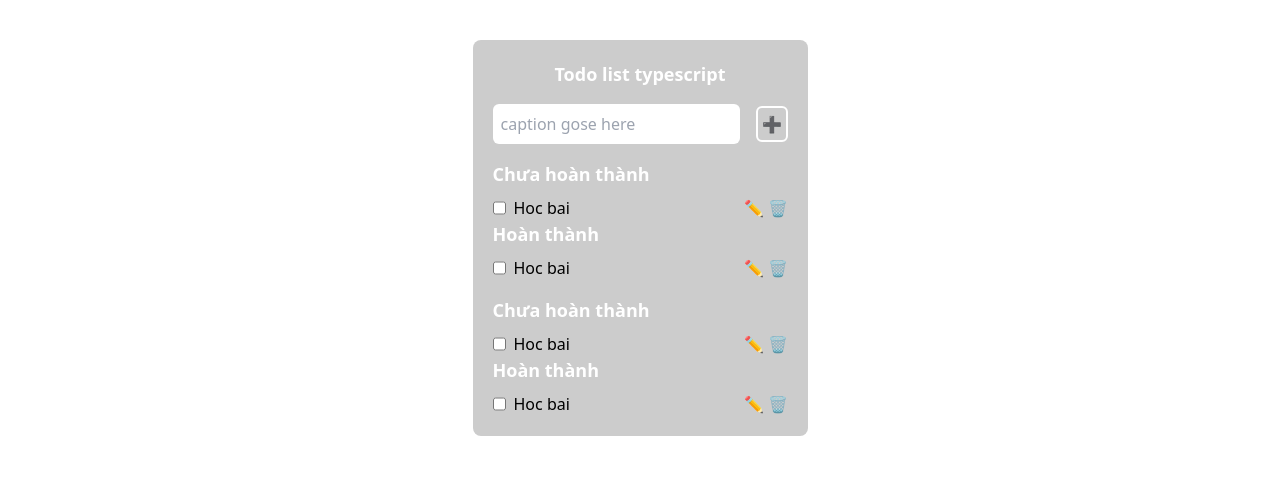
Repository: VIET-TU/react-super-main
Page: / (app in todolist-mybuild/)
An editor plug-in stored every save of this project. The page is shown before and after the next save, followed by the edit.
The browser window is 1280 px wide. The pictures show the whole page.
The project was rebuilt for these pictures with package versions that can differ from the ones it lists, and the page was loaded fresh each time. Also part of the build but not shown: todolist-mybuild/vite.config.ts.

Above is the page before, as saved 2023-05-16 07:06:27.

### todolist-mybuild/src/App.tsx
import TodoList from './components/TodoLists'

function App() {
  return (
    <>
      <TodoList></TodoList>
    </>
  )
}

export default App

### todolist-mybuild/src/index.css
@tailwind base;
@tailwind components;
@tailwind utilities;

css *,
*:before,
*:after {
  box-sizing: border-box;
}
* {
  margin: 0;
  padding: 0;
}

input,
select,
textarea {
  outline: none;
}
button {
  outline: none;
}

### todolist-mybuild/src/components/TodoLists/index.ts
import TodoList from './TodoList'

export default TodoList

### todolist-mybuild/src/components/TodoLists/TodoList.tsx
import { Todo } from '../../@types/todos.types'
import TaskInput from '../TaskInput'
import TaskList from '../TaskList'
import { useEffect, useState } from 'react'

const TodoList = () => {
  const [todos, setTodos] = useState<Todo[]>([])
  const [currentTodo, setCurrentTodo] = useState<Todo | null>(null)
  const doneTodos = todos.filter((todo) => todo.done)
  const notdoneTodos = todos.filter((todo) => !todo.done)

  useEffect(() => {
    const todosString = localStorage.getItem('todos')
    const todosObj: Todo[] = JSON.parse(todosString || '[]')
    setTodos(todosObj)
  }, [])

  const addTodo = (name: string): void => {
    const todo: Todo = {
      name,
      done: false,
      id: new Date().toISOString()
    }
    setTodos((pre) => [...pre, todo])
    const todosString = localStorage.getItem('todos')
    const todosObj: Todo[] = JSON.parse(todosString || '[]')
    const newTodoObj = [...todosObj, todo]
    localStorage.setItem('todos', JSON.stringify(newTodoObj))
  }

  const handleDoneTodo = (id: string, done: boolean) => {
    setTodos((prev) => {
      return prev.map((todo) => {
        if (todo.id === id) {
          return { ...todo, done }
        }
        return todo
      })
    })
  }

  const startEditTodo = (id: string) => {
    const findedTodo = todos.find((todo) => todo.id === id)
    if (findedTodo) {
      setCurrentTodo(findedTodo)
    }
  }

  const editTodo = (name: string) => {
    setCurrentTodo((prev) => {
      if (prev) {
        return { ...prev, name }
      }
      return prev
    })
  }

  const finishEditTodo = () => {
    setTodos((prev) => {
      return prev.map((todo) => {
        if (todo.id === (currentTodo as Todo).id) {
          return currentTodo as Todo
        }
        return todo
      })
    })
    setCurrentTodo(null)
  }

  const deleteTodo = (id: string) => {
    if (currentTodo) {
      setCurrentTodo(null)
    }

    setTodos((prev) => {
      const findedIndexTodo = prev.findIndex((todo) => todo.id === id)
      if (findedIndexTodo > -1) {
        const result = [...prev]
        result.splice(findedIndexTodo, 1) // delete 1 elem in array
        return result
      }
      return prev
    })
  }

  return (
    <div className='p-[20px] rounded-lg bg-[#ccc] max-w-max mx-auto my-10'>
      <TaskInput
        editTodo={editTodo}
        addTodo={addTodo}
        currentTodo={currentTodo}
        finishEditTodo={finishEditTodo}
      ></TaskInput>
      <TaskList
        handleDoneTodo={handleDoneTodo}
        todos={notdoneTodos}
        doneTaskList={false}
        startEditTodo={startEditTodo}
        deleteTodo={deleteTodo}
      />
      <TaskList
        handleDoneTodo={handleDoneTodo}
        todos={doneTodos}
        doneTaskList={true}
        startEditTodo={startEditTodo}
        deleteTodo={deleteTodo}
      />
    </div>
  )
}

export default TodoList

### todolist-mybuild/src/components/TaskInput/index.ts
import TaskInput from './TaskInput'

export default TaskInput

### todolist-mybuild/src/components/TaskInput/TaskInput.tsx
import React from 'react'

const TaskInput = () => {
  return (
    <div className='mb-2'>
      <h1 className='mb-4 text-lg font-bold text-white text-[20px] text-center'>Todo list typescript</h1>
      <form placeholder='enter your text'>
        <input className='p-2 mr-4 rounded-md outline-0' type='text' placeholder='caption gose here' />
        <button type='submit' className='p-1 border-2 border-white rounded-md'>
          ➕
        </button>
      </form>
    </div>
  )
}

export default TaskInput

### todolist-mybuild/src/components/TaskList/TaskList.tsx
import React from 'react'

const TaskList = () => {
  return (
    <div>
      <div className='mt-4 unfinish'>
        <h2 className='mb-2 text-lg font-bold text-white text-[20px]'>Chưa hoàn thành</h2>
        <div className='tasks '>
          <div className='flex justify-between task'>
            <div className='flex gap-2'>
              <input type='checkbox' name='' id=' ' />
              <span>Hoc bai</span>
            </div>
            <div className='flex gap-1'>
              <button>✏️</button>
              <button>🗑️</button>
            </div>
          </div>
        </div>
      </div>
      <div className='finish'>
        <h2 className='mb-2 text-lg font-bold text-white text-[20px]'>Hoàn thành</h2>
        <div className='tasks '>
          <div className='flex justify-between task'>
            <div className='flex gap-2'>
              <input type='checkbox' name='' id=' ' />
              <span>Hoc bai</span>
            </div>
            <div className='flex gap-1'>
              <button>✏️</button>
              <button>🗑️</button>
            </div>
          </div>
        </div>
      </div>
    </div>
  )
}

export default TaskList

Loaded but not shown: todolist-mybuild/index.html (common file); todolist-mybuild/src/main.tsx (common file); todolist-mybuild/src/components/TaskList/index.ts (common file); todolist-mybuild/tailwind.config.js (common file)

After the next save:
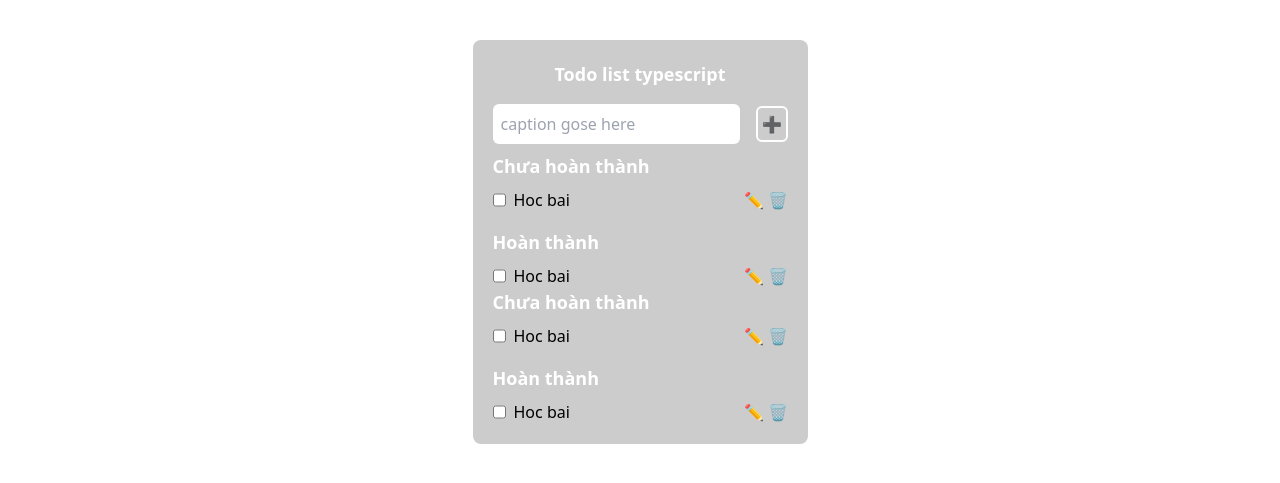
Saved 4 s later.
--- a/todolist-mybuild/src/components/TaskList/TaskList.tsx
+++ b/todolist-mybuild/src/components/TaskList/TaskList.tsx
@@ -3,7 +3,7 @@ import React from 'react'
 const TaskList = () => {
   return (
     <div>
-      <div className='mt-4 unfinish'>
+      <div className='mb-4 unfinish'>
         <h2 className='mb-2 text-lg font-bold text-white text-[20px]'>Chưa hoàn thành</h2>
         <div className='tasks '>
           <div className='flex justify-between task'>
